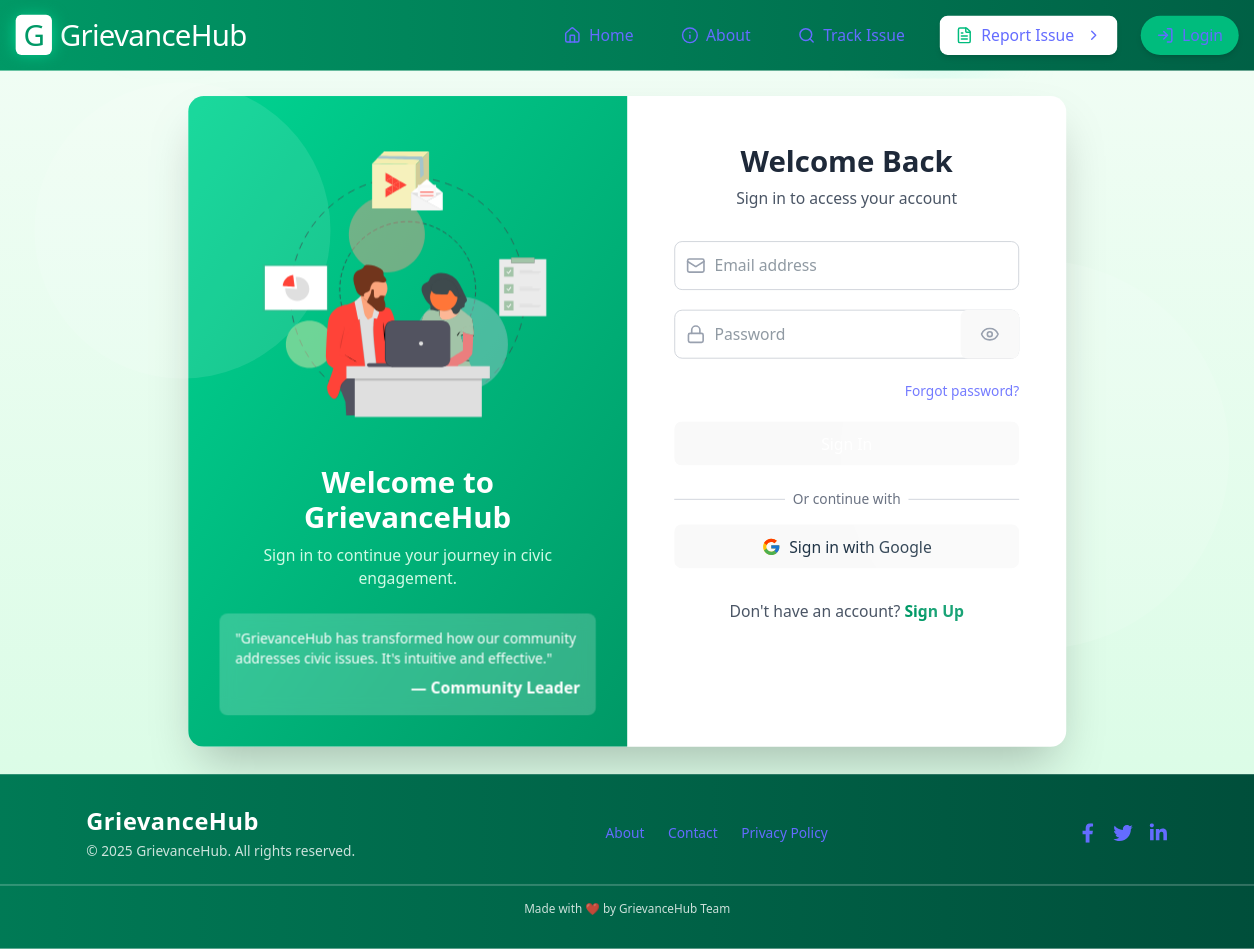
Repository: Aishi4/Grievance-Hub
Page: /login (app in my-vite-Griv/)
An editor plug-in stored every save of this project. The page is shown before and after the next save, followed by the edit.
The browser window is 1280 px wide. The pictures show the whole page, at 98% of full size.
The project was rebuilt for these pictures with package versions that can differ from the ones it lists, and the page was loaded fresh each time. Some packages were replaced by stand-ins written for this rebuild. Also part of the build but not shown: my-vite-Griv/vite.config.js, my-vite-Griv/src/pages/Home.jsx, my-vite-Griv/src/Report.jsx, my-vite-Griv/src/App.jsx, my-vite-Griv/src/pages/About.jsx, my-vite-Griv/src/supabase.js, my-vite-Griv/src/pages/UploadPhoto.jsx, my-vite-Griv/src/pages/ViewPhoto.jsx and 1 more.

Above is the page before, as saved 2025-03-29 20:11:17.

### my-vite-Griv/src/main.jsx
import { StrictMode } from 'react'
import { createRoot } from 'react-dom/client'
import './index.css'
import App from './App.jsx'
import { Route,createBrowserRouter, createRoutesFromElements, RouterProvider } from 'react-router'
import Layout from './Layout.jsx'
import Home from './pages/Home.jsx'
import About from './pages/About.jsx'
import UploadPhoto from './pages/UploadPhoto.jsx'
import ViewPhoto from './pages/ViewPhoto.jsx'
import AdminPanel from './pages/AdminPanel.jsx'
import Login from './pages/Login.jsx'

const router = createBrowserRouter(
  createRoutesFromElements(
    <Route path='/' element={<Layout />}>
      <Route path="" element={<Home />} />
      <Route path="report" element={<UploadPhoto />} />
      <Route path="about" element={<About />} />
      <Route path="track" element={<ViewPhoto />} />
      <Route path='admin' element={<AdminPanel />} />
      <Route path='login' element={<Login />} />


    </Route>
  )
)

createRoot(document.getElementById('root')).render(
  <StrictMode>




    <RouterProvider router={router} />

  </StrictMode>,
)

### my-vite-Griv/src/Layout.jsx
import { Outlet } from "react-router-dom";
import Navbar from "./pages/Navbar";
import React from "react";
import Footer from "./pages/Footer";

function Layout() {
  return (
    <div className="min-h-screen flex flex-col">
      <Navbar />
      <div className="flex-grow pt-[70px]"> {/* Adjust this padding based on navbar height */}
        <Outlet />
      </div>
      <Footer />
    </div>
  );
}
export default Layout;

### my-vite-Griv/src/pages/Login.jsx
import { useState } from "react";
import { auth, googleProvider } from "../firebaseConfig"; // Ensure you have Firebase configured
import { signInWithEmailAndPassword, createUserWithEmailAndPassword, signInWithPopup } from "firebase/auth";
import { useNavigate } from "react-router-dom";
import { motion } from "framer-motion";
import { FcGoogle } from "react-icons/fc";
import Lottie from "lottie-react";
import loginAnimation from "../assets/Us.json";
import { EyeIcon, EyeOffIcon, LockIcon, MailIcon } from 'lucide-react';

const Login = () => {
  const [email, setEmail] = useState("");
  const [password, setPassword] = useState("");
  const [isSignUp, setIsSignUp] = useState(false);
  const [error, setError] = useState(null);
  const [showPassword, setShowPassword] = useState(false);
  const [isLoading, setIsLoading] = useState(false);
  const navigate = useNavigate();

  const handleAuth = async (e) => {
    e.preventDefault();
    setError(null);
    setIsLoading(true);

    try {
      if (isSignUp) {
        await createUserWithEmailAndPassword(auth, email, password);
      } else {
        await signInWithEmailAndPassword(auth, email, password);
      }
      navigate("/"); // Redirect to home after login/signup
    } catch (err) {
      setError(err.message);
    } finally {
      setIsLoading(false);
    }
  };

  const handleGoogleSignIn = async () => {
    setError(null);
    setIsLoading(true);

    try {
      await signInWithPopup(auth, googleProvider);
      navigate("/");
    } catch (err) {
      setError(err.message);
    } finally {
      setIsLoading(false);
    }
  };

  return (
    <div className="min-h-screen min-w-screen flex justify-center items-center min-h-screen bg-gradient-to-b from-green-50 to-green-100 p-4">
      {/* Decorative elements */}
      <div className="absolute top-0 left-0 w-full h-full overflow-hidden pointer-events-none">
        <motion.div
          className="absolute top-20 left-10 w-64 h-64 rounded-full bg-white opacity-10"
          animate={{
            scale: [1, 1.2, 1],
            x: [0, 20, 0],
            y: [0, 30, 0],
          }}
          transition={{
            duration: 15,
            repeat: Infinity,
            repeatType: "reverse"
          }}
        />
        <motion.div
          className="absolute bottom-20 right-10 w-80 h-80 rounded-full bg-white opacity-10"
          animate={{
            scale: [1, 1.3, 1],
            x: [0, -30, 0],
            y: [0, -20, 0],
          }}
          transition={{
            duration: 18,
            repeat: Infinity,
            repeatType: "reverse"
          }}
        />
      </div>

      <motion.div
        initial={{ opacity: 0, y: -20 }}
        animate={{ opacity: 1, y: 0 }}
        transition={{ duration: 0.6 }}
        className="bg-white rounded-2xl shadow-2xl overflow-hidden w-full max-w-4xl flex flex-col md:flex-row"
      >
        {/* Left side - Animation */}
        <motion.div
          initial={{ opacity: 0, x: -20 }}
          animate={{ opacity: 1, x: 0 }}
          transition={{ delay: 0.3, duration: 0.8 }}
          className="w-full md:w-1/2 bg-gradient-to-br from-emerald-400 to-emerald-600 p-8 flex flex-col justify-center items-center text-white"
        >
          <div className="w-full max-w-xs">
            <Lottie animationData={loginAnimation} className="w-full" />
          </div>
          <h2 className="text-3xl font-bold mt-6 mb-2 text-center">Welcome to GrievanceHub</h2>
          <p className="text-emerald-100 text-center mb-6">
            {isSignUp
              ? "Join our community and start making a difference today."
              : "Sign in to continue your journey in civic engagement."}
          </p>
          <div className="bg-white/20 p-4 rounded-lg backdrop-blur-sm">
            <p className="text-sm text-white">
              "GrievanceHub has transformed how our community addresses civic issues. It's intuitive and effective."
            </p>
            <p className="text-right mt-2 font-semibold">— Community Leader</p>
          </div>
        </motion.div>

        {/* Right side - Form */}
        <motion.div
          initial={{ opacity: 0, x: 20 }}
          animate={{ opacity: 1, x: 0 }}
          transition={{ delay: 0.3, duration: 0.8 }}
          className="w-full md:w-1/2 p-8 md:p-12"
        >
          <div className="mb-8 text-center">
            <h2 className="text-3xl font-bold text-gray-800 mb-2">
              {isSignUp ? "Create Account" : "Welcome Back"}
            </h2>
            <p className="text-gray-600">
              {isSignUp
                ? "Sign up to start your journey with us"
                : "Sign in to access your account"}
            </p>
          </div>

          {error && (
            <motion.div
              initial={{ opacity: 0, y: -10 }}
              animate={{ opacity: 1, y: 0 }}
              className="bg-red-50 text-red-600 p-3 rounded-lg mb-4 text-sm flex items-center"
            >
              <svg xmlns="http://www.w3.org/2000/svg" className="h-5 w-5 mr-2" viewBox="0 0 20 20" fill="currentColor">
                <path fillRule="evenodd" d="M18 10a8 8 0 11-16 0 8 8 0 0116 0zm-7 4a1 1 0 11-2 0 1 1 0 012 0zm-1-9a1 1 0 00-1 1v4a1 1 0 102 0V6a1 1 0 00-1-1z" clipRule="evenodd" />
              </svg>
              {error}
            </motion.div>
          )}

          <form onSubmit={handleAuth} className="space-y-5">
            <div className="relative">
              <div className="absolute inset-y-0 left-0 pl-3 flex items-center pointer-events-none">
                <MailIcon className="h-5 w-5 text-gray-400" />
              </div>
              <input
                type="email"
                placeholder="Email address"
                value={email}
                onChange={(e) => setEmail(e.target.value)}
                required
                className="w-full pl-10 pr-4 py-3 border border-gray-300 rounded-lg focus:outline-none focus:ring-2 focus:ring-emerald-500 focus:border-emerald-500 transition-colors"
              />
            </div>

            <div className="relative">
              <div className="absolute inset-y-0 left-0 pl-3 flex items-center pointer-events-none">
                <LockIcon className="h-5 w-5 text-gray-400" />
              </div>
              <input
                type={showPassword ? "text" : "password"}
                placeholder="Password"
                value={password}
                onChange={(e) => setPassword(e.target.value)}
                required
                className="w-full pl-10 pr-12 py-3 border border-gray-300 rounded-lg focus:outline-none focus:ring-2 focus:ring-emerald-500 focus:border-emerald-500 transition-colors"
              />
              <button
                type="button"
                onClick={() => setShowPassword(!showPassword)}
                className="absolute inset-y-0 right-0 pr-3 flex items-center"
              >
                {showPassword ? (
                  <EyeOffIcon className="h-5 w-5 text-gray-400 hover:text-gray-600" />
                ) : (
                  <EyeIcon className="h-5 w-5 text-gray-400 hover:text-gray-600" />
                )}
              </button>
            </div>

            {!isSignUp && (
              <div className="text-right">
                <a href="#" className="text-sm text-emerald-600 hover:text-emerald-800 transition-colors">
                  Forgot password?
                </a>
              </div>
            )}

            <motion.button
              type="submit"
              className="w-full bg-emerald-600 hover:bg-emerald-500 text-white font-bold py-3 rounded-lg transition duration-300 flex items-center justify-center"
              whileHover={{ scale: 1.02 }}
              whileTap={{ scale: 0.98 }}
              disabled={isLoading}
            >
              {isLoading ? (
                <svg className="animate-spin -ml-1 mr-2 h-5 w-5 text-white" xmlns="http://www.w3.org/2000/svg" fill="none" viewBox="0 0 24 24">
                  <circle className="opacity-25" cx="12" cy="12" r="10" stroke="currentColor" strokeWidth="4"></circle>
                  <path className="opacity-75" fill="currentColor" d="M4 12a8 8 0 018-8V0C5.373 0 0 5.373 0 12h4zm2 5.291A7.962 7.962 0 014 12H0c0 3.042 1.135 5.824 3 7.938l3-2.647z"></path>
                </svg>
              ) : null}
              {isSignUp ? "Create Account" : "Sign In"}
            </motion.button>
          </form>

          <div className="mt-6">
            <div className="relative">
              <div className="absolute inset-0 flex items-center">
                <div className="w-full border-t border-gray-300"></div>
              </div>
              <div className="relative flex justify-center text-sm">
                <span className="px-2 bg-white text-gray-500">Or continue with</span>
              </div>
            </div>

            <motion.button
              className="mt-4 w-full flex items-center justify-center space-x-2 border border-gray-300 p-3 rounded-lg hover:bg-gray-50 transition-colors"
              onClick={handleGoogleSignIn}
              whileHover={{ scale: 1.02 }}
              whileTap={{ scale: 0.98 }}
              disabled={isLoading}
            >
              <FcGoogle size={20} />
              <span>Sign in with Google</span>
            </motion.button>
          </div>

          <p className="text-center text-gray-600 mt-8">
            {isSignUp ? "Already have an account?" : "Don't have an account?"}{" "}
            <motion.span
              className="text-emerald-600 font-semibold cursor-pointer"
              onClick={() => setIsSignUp(!isSignUp)}
              whileHover={{ scale: 1.05 }}
            >
              {isSignUp ? "Sign In" : "Sign Up"}
            </motion.span>
          </p>
        </motion.div>
      </motion.div>
    </div>
  );
};

export default Login;

### my-vite-Griv/src/pages/Navbar.jsx
"use client"

import { useState, useEffect } from "react"
import { Link, useLocation } from "react-router-dom"
import { motion, AnimatePresence } from "framer-motion"
import { Home, Info, Search, FileText, LogIn, Menu, X, ChevronRight } from "lucide-react"

const Navbar = () => {
  const [isHovered, setIsHovered] = useState(null)
  const [isScrolled, setIsScrolled] = useState(false)
  const [isMobileMenuOpen, setIsMobileMenuOpen] = useState(false)
  const location = useLocation()

  const navItems = [
    {
      to: "/",
      label: "Home",
      icon: Home,
    },
    {
      to: "/about",
      label: "About",
      icon: Info,
    },
    {
      to: "/track",
      label: "Track Issue",
      icon: Search,
    },
    {
      to: "/report",
      label: "Report Issue",
      icon: FileText,
      special: true,
    },
  ]

  // Handle scroll effect
  useEffect(() => {
    const handleScroll = () => {
      if (window.scrollY > 20) {
        setIsScrolled(true)
      } else {
        setIsScrolled(false)
      }
    }

    window.addEventListener("scroll", handleScroll)
    return () => window.removeEventListener("scroll", handleScroll)
  }, [])

  // Close mobile menu when route changes
  useEffect(() => {
    setIsMobileMenuOpen(false)
  }, [location])

  return (
    <>
      <motion.nav

        className={`fixed w-full z-50 transition-all duration-300 ${
          isScrolled
            ? "py-2 bg-emerald-800/95 backdrop-blur-md shadow-lg"
            : "py-4 bg-gradient-to-r from-emerald-600 to-emerald-800"
        }`}
      >
        <div className="container mx-auto px-4 flex justify-between items-center">
          {/* Logo with Hover Effect */}
          <motion.div whileHover={{ scale: 1.05 }} whileTap={{ scale: 0.95 }} className="relative z-10">
            <Link to="/" className="text-2xl md:text-3xl font-extrabold tracking-tight flex items-center space-x-2">
              <div className="relative">
                <span className="absolute inset-0 bg-emerald-400 rounded-md blur-sm"></span>
                <span className="relative bg-white text-emerald-600 px-2 rounded-md">G</span>
              </div>
              <span className="text-white">GrievanceHub</span>
            </Link>
          </motion.div>

          {/* Desktop Navigation Links */}
          <div className="hidden md:flex items-center space-x-6">
            {navItems.map((item, index) => (
              <motion.div
                key={item.to}
                onHoverStart={() => setIsHovered(index)}
                onHoverEnd={() => setIsHovered(null)}
                className="relative"
              >
                <Link
                  to={item.to}
                  className={`
                    flex items-center space-x-2 py-2 px-3 rounded-lg
                    ${location.pathname === item.to && !item.special ? "bg-emerald-700/50" : ""}
                    ${
                      item.special
                        ? "bg-white text-emerald-600 px-4 py-2 rounded-full shadow-md hover:shadow-lg hover:bg-emerald-50"
                        : "text-white hover:text-emerald-200"
                    }
                    transition-all duration-300
                  `}
                >
                  <item.icon size={18} className={item.special ? "text-emerald-500" : ""} />
                  <span className="font-medium">{item.label}</span>

                  {item.special && (
                    <motion.div
                      initial={{ scale: 1 }}
                      animate={{ scale: [1, 1.1, 1] }}
                      transition={{
                        repeat: Number.POSITIVE_INFINITY,
                        duration: 2,
                        repeatType: "loop",
                      }}
                    >
                      <ChevronRight size={16} className="ml-1" />
                    </motion.div>
                  )}
                </Link>

                {!item.special && isHovered === index && (
                  <motion.div
                    layoutId="underline"
                    className="absolute bottom-[-3px] left-0 right-0 h-[3px] bg-emerald-300 rounded-full"
                    initial={{ width: 0, left: "50%" }}
                    animate={{ width: "100%", left: 0 }}
                    transition={{ type: "spring", stiffness: 300, damping: 30 }}
                  />
                )}
              </motion.div>
            ))}

            {/* Login Button */}
            <motion.div whileHover={{ scale: 1.05 }} whileTap={{ scale: 0.95 }}>
              <Link
                to="/login"
                className="flex items-center space-x-2 bg-emerald-500 text-white px-4 py-2 rounded-full font-semibold shadow-md hover:bg-emerald-400 transition-all duration-300"
              >
                <LogIn size={18} />
                <span>Login</span>
              </Link>
            </motion.div>
          </div>

          {/* Mobile Menu Button */}
          <motion.button
            whileTap={{ scale: 0.9 }}
            onClick={() => setIsMobileMenuOpen(!isMobileMenuOpen)}
            className="md:hidden flex items-center justify-center w-10 h-10 rounded-full bg-emerald-700 text-white"
          >
            {isMobileMenuOpen ? <X size={20} /> : <Menu size={20} />}
          </motion.button>
        </div>
      </motion.nav>

      {/* Mobile Menu */}
      <AnimatePresence>
        {isMobileMenuOpen && (
          <motion.div
            initial={{ opacity: 0, height: 0 }}
            animate={{ opacity: 1, height: "auto" }}
            exit={{ opacity: 0, height: 0 }}
            transition={{ duration: 0.3 }}
            className="fixed top-[60px] left-0 right-0 z-40 bg-emerald-800/95 backdrop-blur-md shadow-lg md:hidden overflow-hidden"
          >
            <div className="container mx-auto px-4 py-4">
              <div className="flex flex-col space-y-2">
                {navItems.map((item, index) => (
                  <motion.div
                    key={item.to}
                    initial={{ opacity: 0, x: -20 }}
                    animate={{ opacity: 1, x: 0 }}
                    transition={{ delay: index * 0.1 }}
                  >
                    <Link
                      to={item.to}
                      className={`
                        flex items-center space-x-3 p-3 rounded-lg
                        ${location.pathname === item.to ? "bg-emerald-700" : ""}
                        ${item.special ? "bg-white text-emerald-600 my-2" : "text-white"}
                      `}
                    >
                      <item.icon size={20} />
                      <span className="font-medium">{item.label}</span>
                    </Link>
                  </motion.div>
                ))}

                <motion.div
                  initial={{ opacity: 0, x: -20 }}
                  animate={{ opacity: 1, x: 0 }}
                  transition={{ delay: navItems.length * 0.1 }}
                >
                  <Link
                    to="/login"
                    className="flex items-center space-x-3 p-3 rounded-lg bg-emerald-500 text-white my-2"
                  >
                    <LogIn size={20} />
                    <span className="font-medium">Login</span>
                  </Link>
                </motion.div>
              </div>
            </div>
          </motion.div>
        )}
      </AnimatePresence>

      {/* Decorative Elements */}
      <div className="fixed top-0 left-0 w-full h-20 z-40 pointer-events-none overflow-hidden">
        <div className="absolute top-[-50px] left-[10%] w-20 h-20 bg-emerald-300 rounded-full mix-blend-multiply filter blur-xl opacity-20"></div>
        <div className="absolute top-[-30px] right-[20%] w-32 h-32 bg-teal-200 rounded-full mix-blend-multiply filter blur-xl opacity-20"></div>
      </div>
    </>
  )
}

export default Navbar

### my-vite-Griv/src/pages/Footer.jsx
import { FaFacebookF, FaTwitter, FaLinkedinIn } from "react-icons/fa";

const Footer = () => {
    return (
        <footer className="w-full bg-gradient-to-r from-emerald-700 to-emerald-900 text-white py-8">
            <div className="max-w-6xl mx-auto px-6 flex flex-col md:flex-row justify-between items-center text-center md:text-left">
                {/* Brand Section */}
                <div className="mb-6 md:mb-0">
                    <h2 className="text-2xl font-bold tracking-wide">GrievanceHub</h2>
                    <p className="text-sm opacity-80 mt-1">
                        &copy; {new Date().getFullYear()} GrievanceHub. All rights reserved.
                    </p>
                </div>

                {/* Navigation Links */}
                <nav className="flex space-x-6 text-sm">
                    <a href="/about" className="hover:text-gray-300 transition duration-300">About</a>
                    <a href="/contact" className="hover:text-gray-300 transition duration-300">Contact</a>
                    <a href="/privacy" className="hover:text-gray-300 transition duration-300">Privacy Policy</a>
                </nav>

                {/* Social Media Links */}
                <div className="flex space-x-4 mt-6 md:mt-0">
                    <a href="https://facebook.com" target="_blank" rel="noopener noreferrer"
                        className="text-xl hover:text-blue-400 transition duration-300">
                        <FaFacebookF />
                    </a>
                    <a href="https://twitter.com" target="_blank" rel="noopener noreferrer"
                        className="text-xl hover:text-blue-300 transition duration-300">
                        <FaTwitter />
                    </a>
                    <a href="https://linkedin.com" target="_blank" rel="noopener noreferrer"
                        className="text-xl hover:text-blue-500 transition duration-300">
                        <FaLinkedinIn />
                    </a>
                </div>
            </div>

            {/* Decorative Line */}
            <div className="w-full h-0.5 bg-white opacity-20 mt-6"></div>

            {/* Bottom Note */}
            <p className="text-xs text-center opacity-80 mt-4">
                Made with ❤️ by GrievanceHub Team
            </p>
        </footer>
    );
};

export default Footer;

### my-vite-Griv/src/firebaseConfig.js
import { initializeApp } from "firebase/app";
import { getAuth, GoogleAuthProvider } from "firebase/auth";

const firebaseConfig = {
  apiKey: "YOUR_API_KEY",
  authDomain: "YOUR_AUTH_DOMAIN",
  projectId: "YOUR_PROJECT_ID",
  storageBucket: "YOUR_STORAGE_BUCKET",
  messagingSenderId: "YOUR_MESSAGING_SENDER_ID",
  appId: "YOUR_APP_ID",
};

// Initialize Firebase
const app = initializeApp(firebaseConfig);
const auth = getAuth(app);
const googleProvider = new GoogleAuthProvider();

export { auth, googleProvider };

Loaded but not shown: my-vite-Griv/index.html (common file); my-vite-Griv/src/index.css (common file); my-vite-Griv/src/assets/Us.json (1 lines, source omitted)

After the next save:
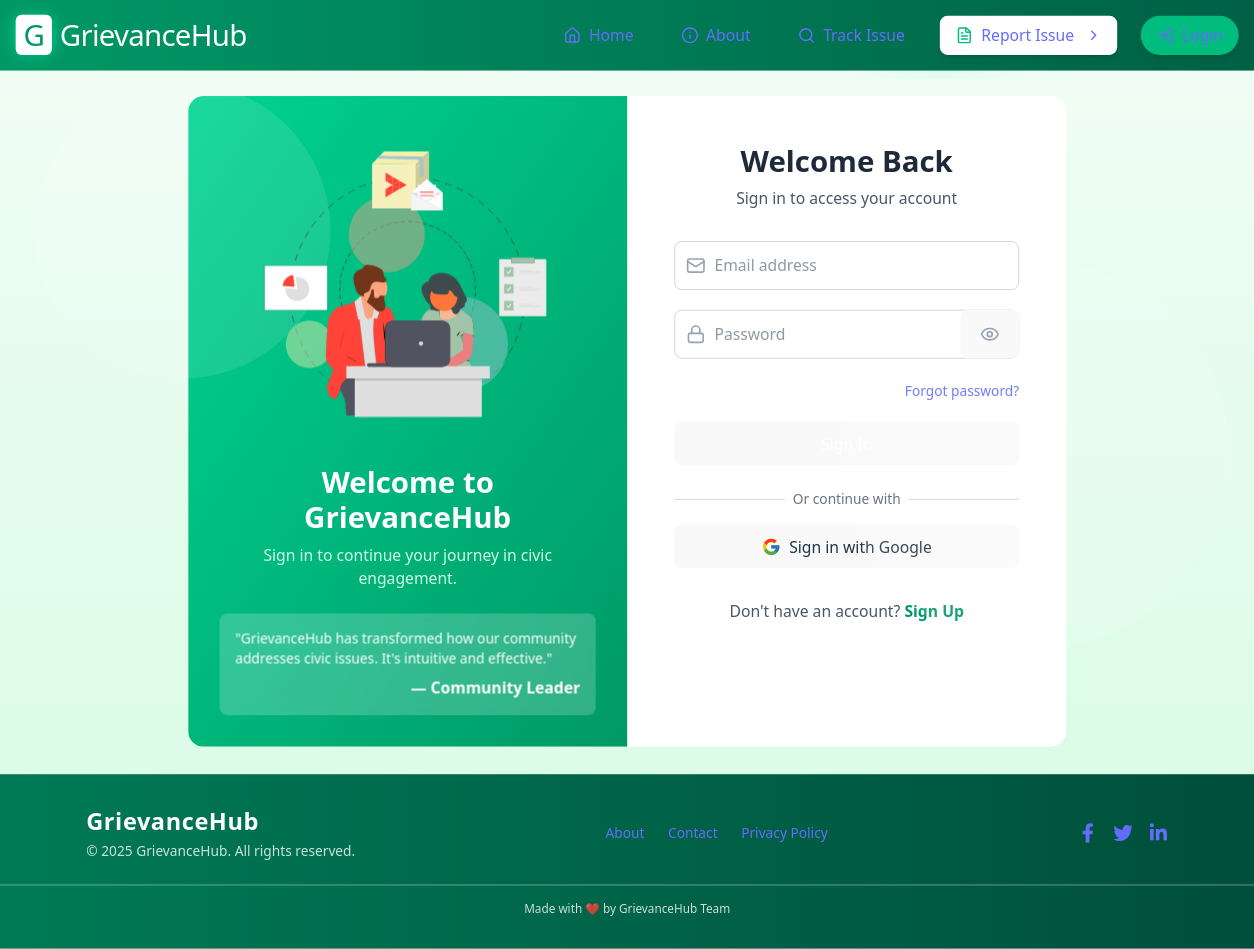
Saved 19 s later.
--- a/my-vite-Griv/src/pages/Login.jsx
+++ b/my-vite-Griv/src/pages/Login.jsx
@@ -86,7 +86,7 @@
         initial={{ opacity: 0, y: -20 }}
         animate={{ opacity: 1, y: 0 }}
         transition={{ duration: 0.6 }}
-        className="bg-white rounded-2xl shadow-2xl overflow-hidden w-full max-w-4xl flex flex-col md:flex-row"
+        className="bg-white rounded-2xl  overflow-hidden w-full max-w-4xl flex flex-col md:flex-row"
       >
         {/* Left side - Animation */}
         <motion.div
